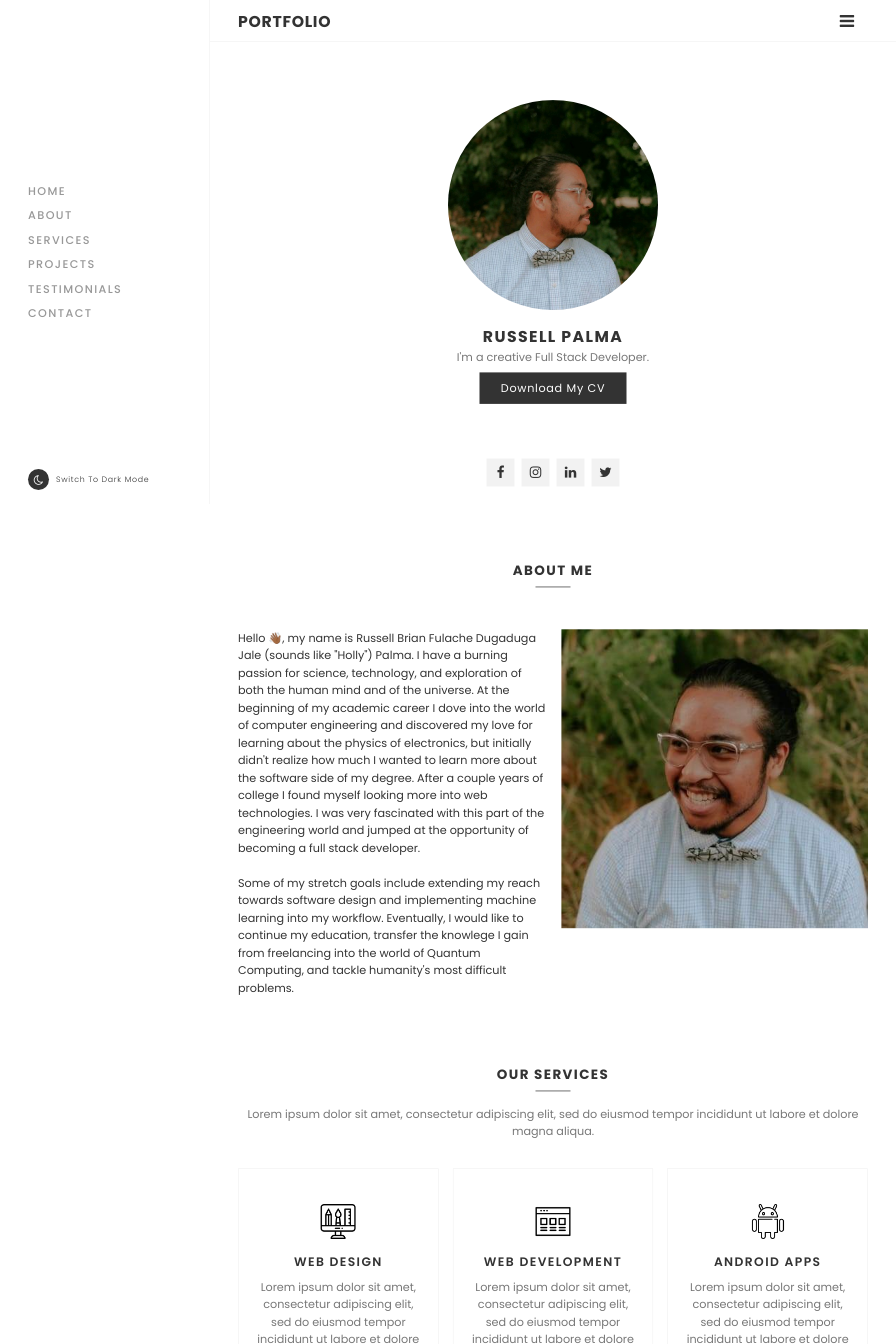
Repository: RussPalms/portforlio-1
Page: index.html
These files come from the project's save history. The page is drawn as it stood at one moment and after the next save; the edit follows.
The browser window is 1280 px wide. The pictures show the part of the page from y = 0 to 1920 px (the page is 5693 px tall), at 70% of full size.

Above is the page before, as saved 2021-11-28 16:25:53.

After the next save:
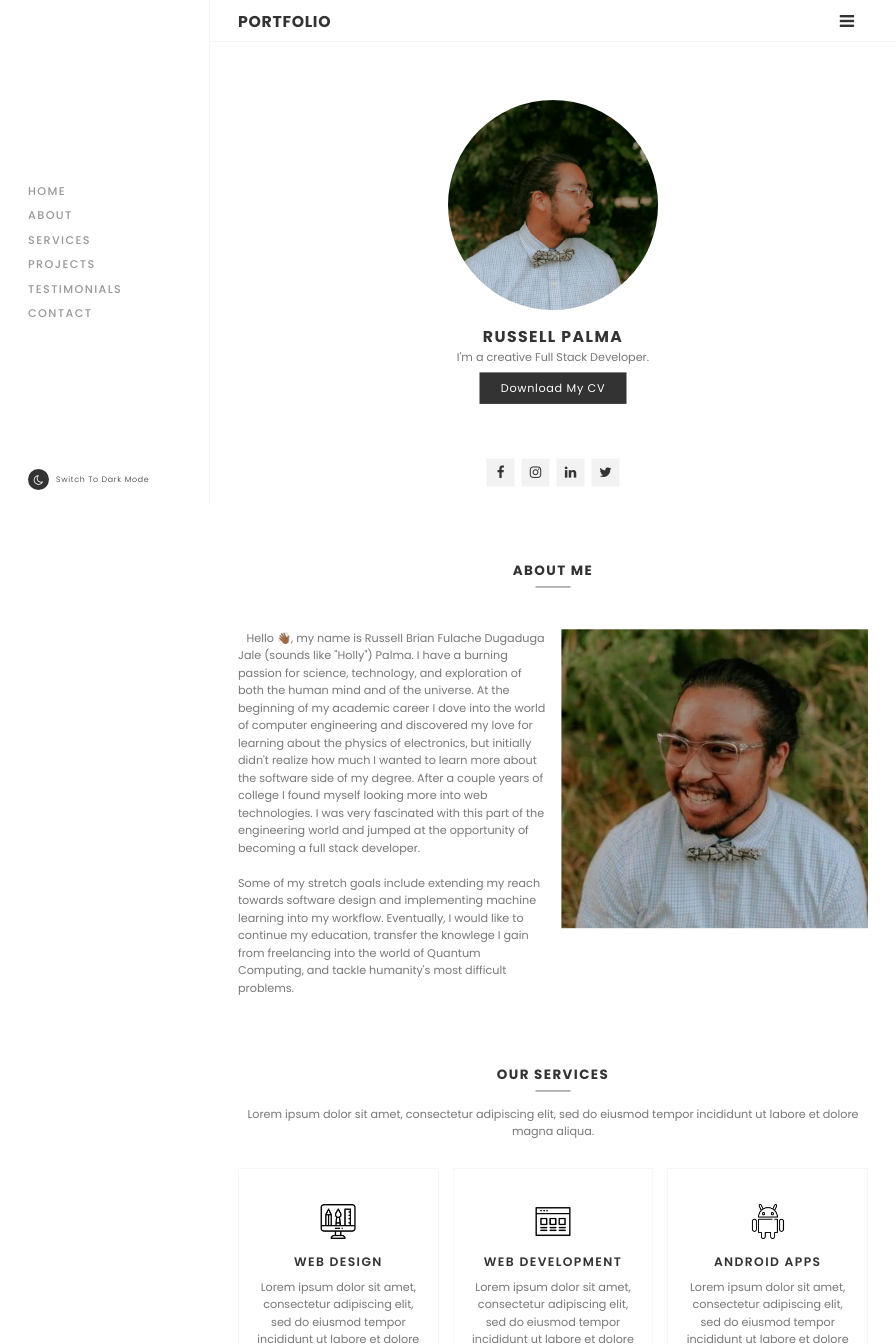
Saved 83 s later.
--- a/index.html
+++ b/index.html
@@ -87,7 +87,7 @@
 					<div class="content">
 						<div class="textBox">
 							<p>
-								<p>  </p>Hello 👋🏾, my name is Russell Brian Fulache Dugaduga Jale (sounds like "Holly") Palma.
+								&ensp; Hello 👋🏾, my name is Russell Brian Fulache Dugaduga Jale (sounds like "Holly") Palma.
 								I have a burning passion for science,
 								technology, and exploration of both the human mind and of the universe.
 								At the beginning of my academic career I
